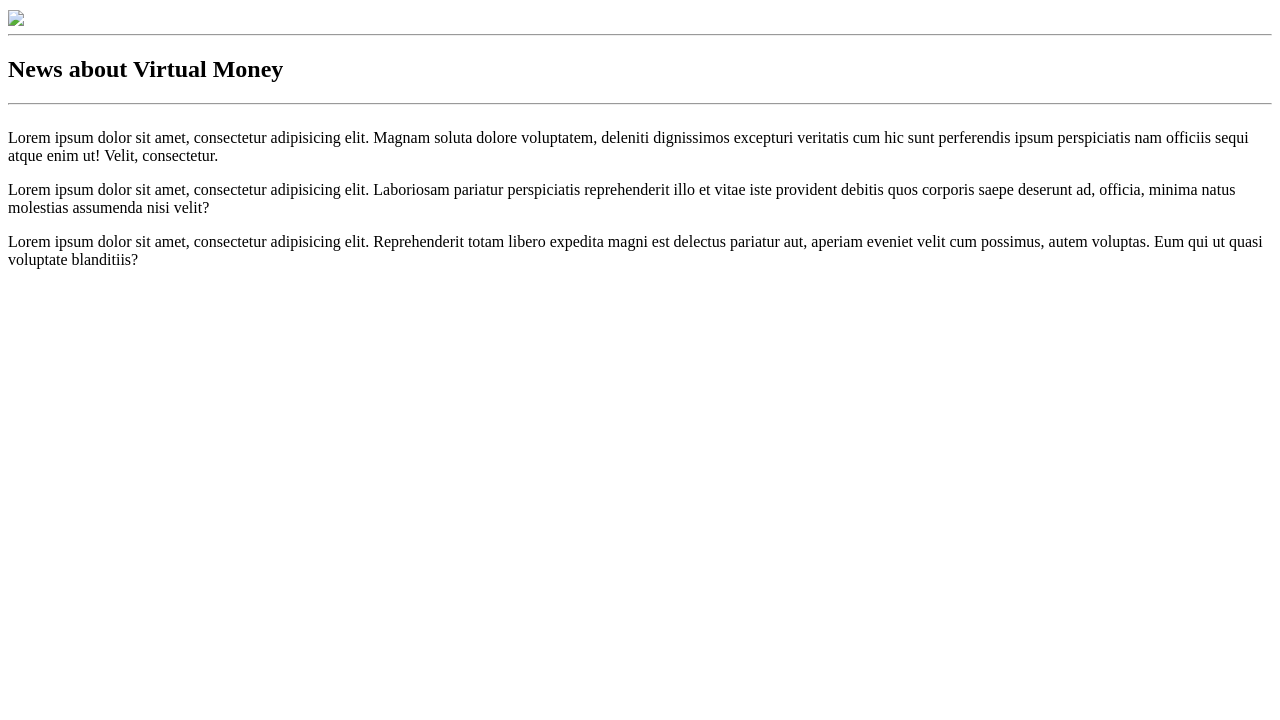
Repository: leeseijoon/Virtual_Money_Market_Web
Page: http://localhost/db_project/WEB-INF/views/jsp/home/home.jsp
The author's editor kept a copy of each file at every save. The page is drawn from the files as they stood at one save, then again after the next save.
The browser window is 1280 px wide. The pictures show the whole page.
The page is served by Tomcat 9. Nobody is signed in. Other server files are loaded and not shown. The template is opened directly, without the code that normally fills it, so the values that code supplies are empty.

Above is the page before, as saved 2017-11-29 08:08:19.
Not found: db_project/db_project/WEB-INF/views/jsp/home/img/bitcoin2.jpg
Not found: db_project/resources/images/base/bitcoin_dashboard.jpg
Not found: db_project/resources/images/base/bitcoin_graph.jpg

### db_project/src/main/webapp/WEB-INF/views/jsp/home/home.jsp
<%@ page contentType="text/html; charset=UTF-8" pageEncoding="UTF-8"%>
 <div class="container">
    <div class="bg-faded p-4 my-4">
		<img class="img-fluid float-center align-center mr-4 d-none d-lg-block"  src="/resources/images/base/bitcoin_dashboard.jpg" align="center">
     	<img class="img-fluid float-center align-center mr-4 d-none d-lg-block"  src="/resources/images/base/bitcoin_graph.jpg" alt="" align="center">
	</div>
    <div class="bg-faded p-4 my-4">
    	<hr class="divider">
        <h2 class="text-center text-lg text-uppercase my-0">
        	<strong>News about Virtual Money</strong>
        </h2>
        <hr class="divider">
        <img class="img-fluid float-left mr-4 d-none d-lg-block" src="img/bitcoin2.jpg" alt="">
        	<p>Lorem ipsum dolor sit amet, consectetur adipisicing elit. Magnam soluta dolore voluptatem, deleniti dignissimos excepturi veritatis cum hic sunt perferendis ipsum perspiciatis nam officiis sequi atque enim ut! Velit, consectetur.</p>
        	<p>Lorem ipsum dolor sit amet, consectetur adipisicing elit. Laboriosam pariatur perspiciatis reprehenderit illo et vitae iste provident debitis quos corporis saepe deserunt ad, officia, minima natus molestias assumenda nisi velit?</p>
        	<p>Lorem ipsum dolor sit amet, consectetur adipisicing elit. Reprehenderit totam libero expedita magni est delectus pariatur aut, aperiam eveniet velit cum possimus, autem voluptas. Eum qui ut quasi voluptate blanditiis?</p>
     </div>
</div>

After the next save:
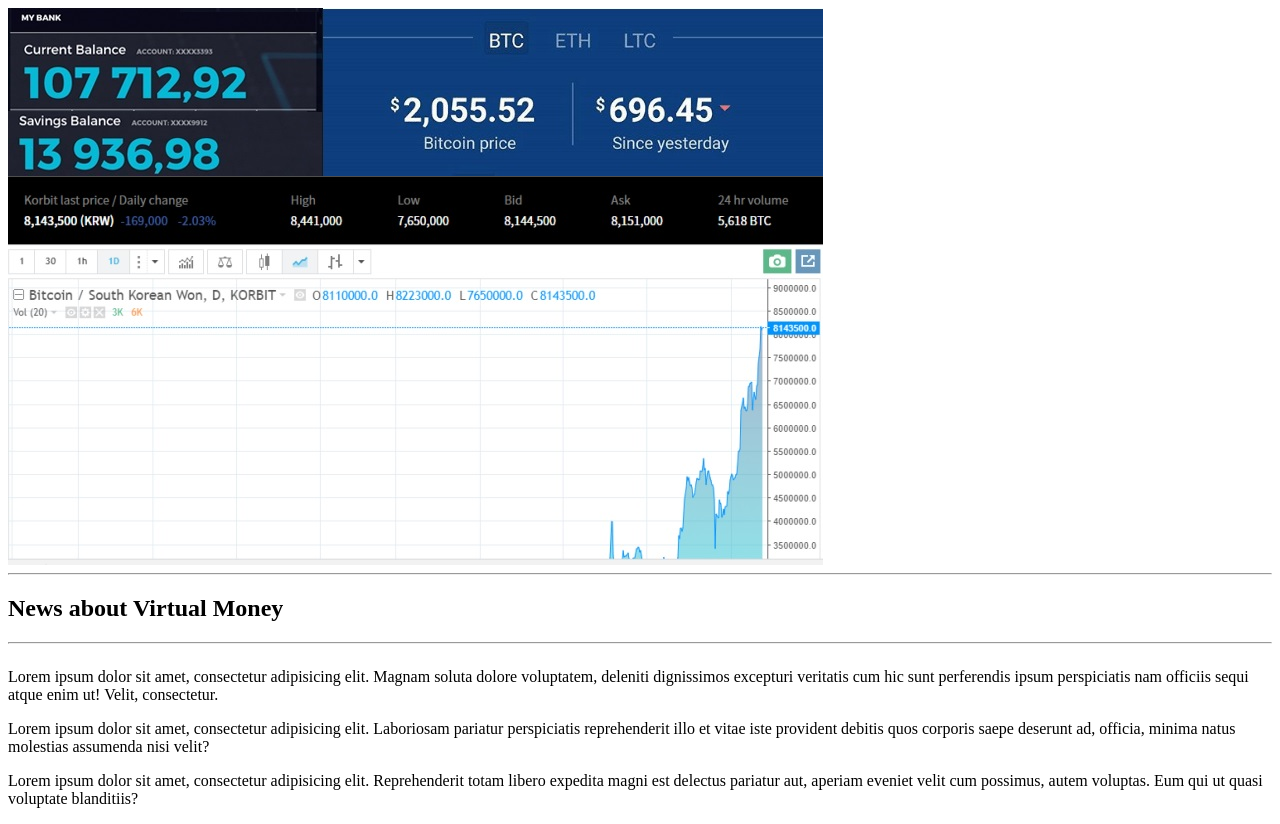
Saved 79 s later.
--- a/db_project/src/main/webapp/WEB-INF/views/jsp/home/home.jsp
+++ b/db_project/src/main/webapp/WEB-INF/views/jsp/home/home.jsp
@@ -1,8 +1,8 @@
 <%@ page contentType="text/html; charset=UTF-8" pageEncoding="UTF-8"%>
  <div class="container">
     <div class="bg-faded p-4 my-4">
-		<img class="img-fluid float-center align-center mr-4 d-none d-lg-block"  src="/resources/images/base/bitcoin_dashboard.jpg" align="center">
-     	<img class="img-fluid float-center align-center mr-4 d-none d-lg-block"  src="/resources/images/base/bitcoin_graph.jpg" alt="" align="center">
+		<img class="img-fluid float-center align-center mr-4 d-none d-lg-block"  src="/resources/images/home/bitcoin_dashboard.jpg" align="center">
+     	<img class="img-fluid float-center align-center mr-4 d-none d-lg-block"  src="/resources/images/home/bitcoin_graph.jpg" alt="" align="center">
 	</div>
     <div class="bg-faded p-4 my-4">
     	<hr class="divider">
